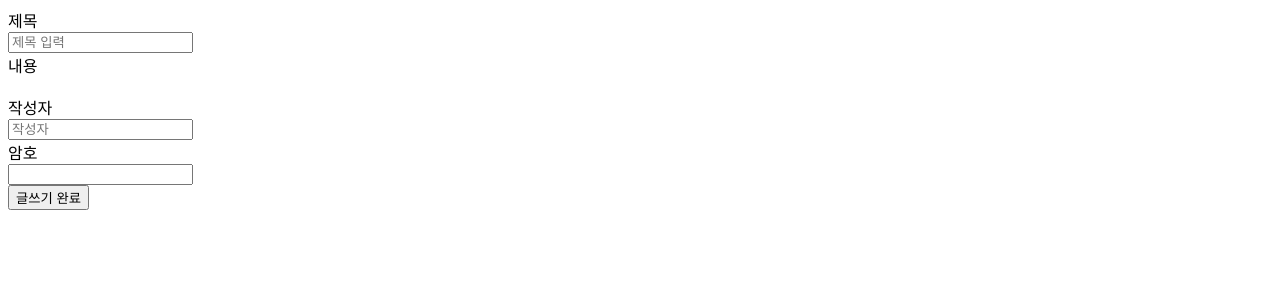
Repository: Pang-Ho/TIL
Page: JavaScript/workspace_web/htmltest/WebContent/boardwrite.html
The author's editor kept a copy of each file at every save. The page is drawn from the files as they stood at one save, then again after the next save.
The browser window is 1280 px wide. The pictures show the whole page.

Above is the page before, as saved 2021-08-19 08:51:24.

After the next save:
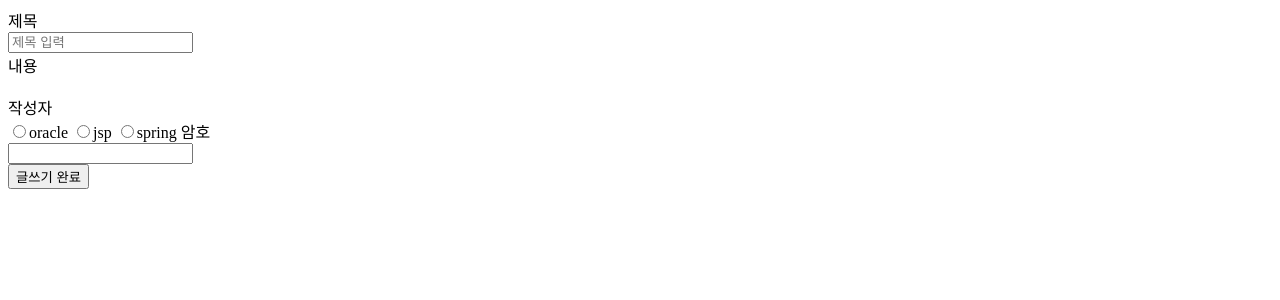
Saved 2 min 49 s later.
--- a/JavaScript/workspace_web/htmltest/WebContent/boardwrite.html
+++ b/JavaScript/workspace_web/htmltest/WebContent/boardwrite.html
@@ -11,7 +11,9 @@
 		내용<br>
 		<textaera class="form-control" rows="3" placeholder="내용 입력" name="contents"></textaera><br>
 		작성자<br>
-		<input type="text" placeholder="작성자" name="name"><br>
+		<input type="radio" name="oracle">oracle
+		<input type="radio" name="jsp">jsp
+		<input type="radio" name="spring">spring
 		암호<br>
 		<input type="password" name="pw"><br>
 
